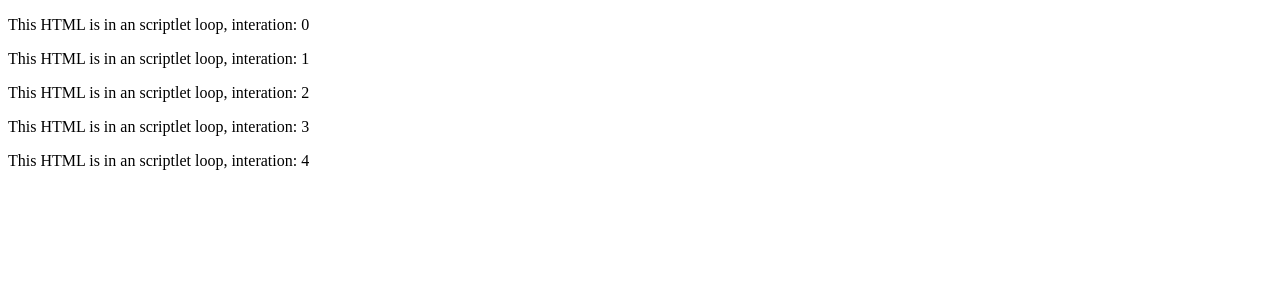
Repository: 50288205nguyenngocgiau/demo
Page: http://localhost/deployments/manipulations.jsp
These files come from the project's save history. The page is drawn as it stood at one moment and after a run of saves; the edit follows.
The browser window is 1280 px wide. The pictures show the whole page.
The page is served by Tomcat 9. Other server files are loaded and not shown.

Above is the page before, as saved 2022-04-03 07:44:00.

### deployments/WebContent/manipulations.jsp
<%@ page language="java" contentType="text/html; charset=ISO-8859-1"
    pageEncoding="ISO-8859-1"%>
<!DOCTYPE html>
<html>
<head>
<meta charset="ISO-8859-1">
<title>Insert title here</title>
</head>
<body>
<% for(int i=0; i<5; i++){%>
<p>This HTML is in an scriptlet loop, interation: <%= i %>  </p>
<%} %>
</body>
</html>

After the next 2 saves:
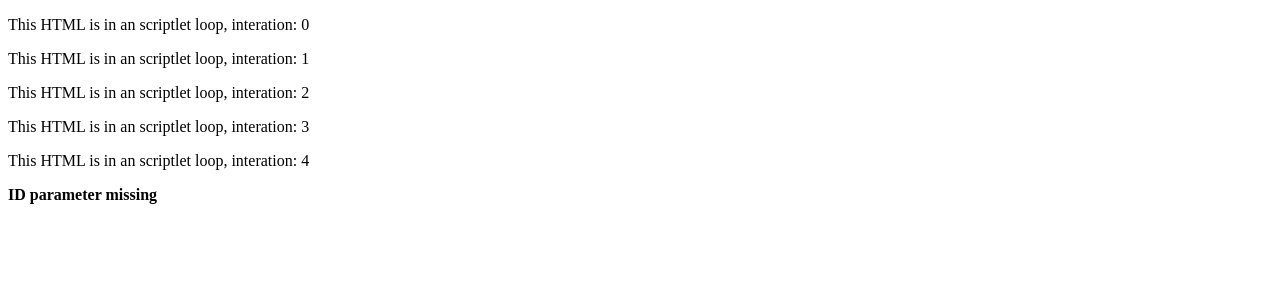
The 2 saves are shown as one change because 1 did not build or start.
The last was saved 7 min 29 s later.
--- a/deployments/WebContent/manipulations.jsp
+++ b/deployments/WebContent/manipulations.jsp
@@ -10,5 +10,15 @@
 <% for(int i=0; i<5; i++){%>
 <p>This HTML is in an scriptlet loop, interation: <%= i %>  </p>
 <%} %>
+
+<%
+String id = request.getParameter("id");
+if(id == null){
+%>
+<strong>ID parameter missing</strong>
+<%} else {%>
+ID parameter:
+<%= id %>
+<%} %>
 </body>
 </html>
